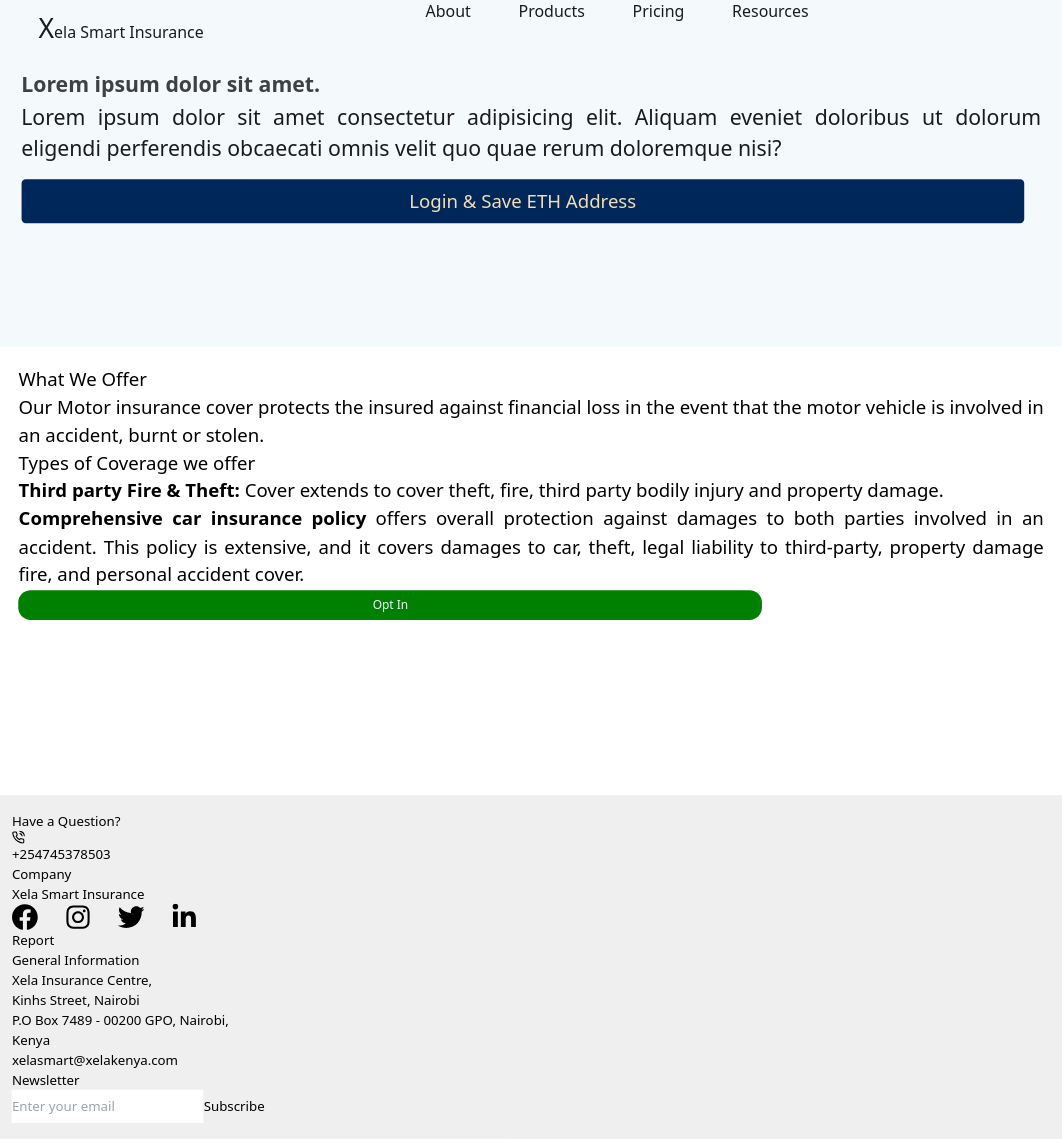
Repository: ALVIN-OBONYO/Xela-smart_insuarance
Page: / (app in frontend/)
An editor plug-in stored every save of this project. The page is shown before and after the next save, followed by the edit.
The browser window is 1280 px wide. The pictures show the whole page, at 83% of full size.
The project was rebuilt for these pictures with package versions that can differ from the ones it lists, and the page was loaded fresh each time. Also part of the build but not shown: frontend/src/Components/Cards.jsx, frontend/src/Pages/Policies.jsx, frontend/src/Components/Calendar.css, frontend/src/Components/Calendar.jsx, frontend/src/Components/Input.js, frontend/src/Components/Upload.js, frontend/src/Pages/ReportForm.jsx, frontend/src/Pages/Report.jsx and 2 more.

Above is the page before, as saved 2022-10-03 07:03:08.

After the next save:
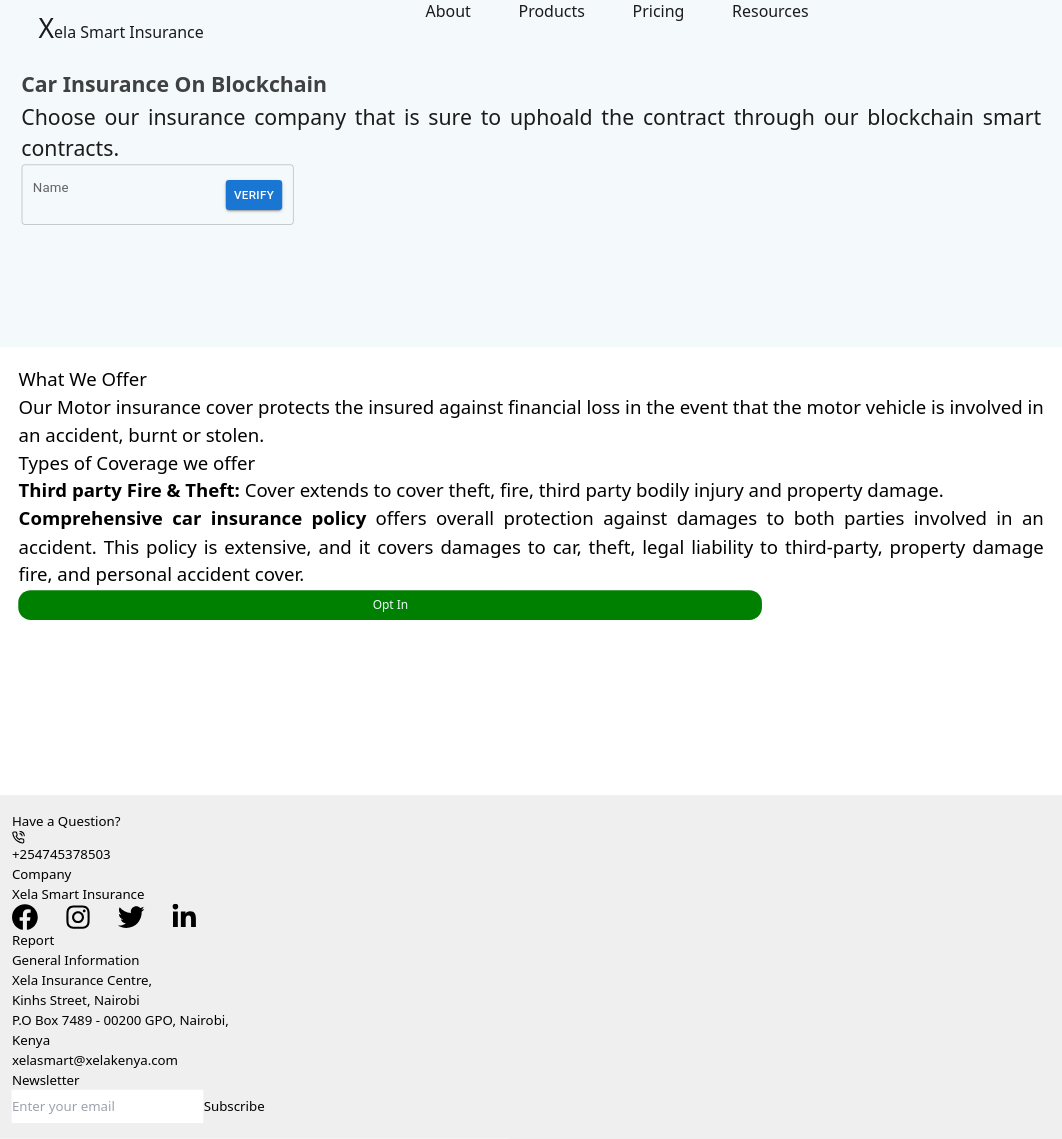
Saved 52 min 5 s later.
--- a/frontend/src/Pages/Entrypage.jsx
+++ b/frontend/src/Pages/Entrypage.jsx
@@ -7,6 +7,8 @@ import { loginWithEth } from '../Services/LoginWithEth'
 import { truncateAddress } from '../Services/TruncateAddress'
 import Web3 from 'web3'
 import { getContractSymbol } from '../Services/Contract'
+import TextField from '@mui/material/TextField'
+import Button from "@mui/material/Button"
 const Entrypage = () => {
         const [navButton, setNavButton] = useState(false)
         const [policy, setPolicy] = useState("")
@@ -69,14 +71,15 @@ const Entrypage = () => {
         </div>
         </nav>
         <section className="top-descr" id='top'>
-            <h3 id="top-h3">Lorem ipsum dolor sit amet.</h3>
-            <p id="top-pg">Lorem ipsum dolor sit amet consectetur adipisicing elit. Aliquam eveniet doloribus ut dolorum eligendi perferendis obcaecati omnis velit quo quae rerum doloremque nisi?</p>
+            <h1 id="top-h3">Car Insurance On Blockchain</h1>
+            <p id="top-pg">Choose our insurance company that is sure to uphoald the contract through our blockchain smart contracts.</p>
             <div id="policy-sec">
+               <TextField id="outlined-size-small" label="Name" placeholder='Enter your policy number' InputProps={{endAdornment: <Button variant="contained">Verify</Button>}}/>
 
-            <button id="btn-policy" onClick={loginWithEth}>Login & Save ETH Address
+            {/* <button id="btn-policy" onClick={loginWithEth}>Login & Save ETH Address
                 </button>
                 <p id="userAddress" class="text-gray-600" ref={yourAddress}></p>
-                <button id="logoutButton" onClick={logout} class="hidden text-blue-500 underline" ref={buttonLogout}>Logout</button>
+                <button id="logoutButton" onClick={logout} class="hidden text-blue-500 underline" ref={buttonLogout}>Logout</button> */}
                            </div>
         </section>
         <div className='about-descr' id="descr">
